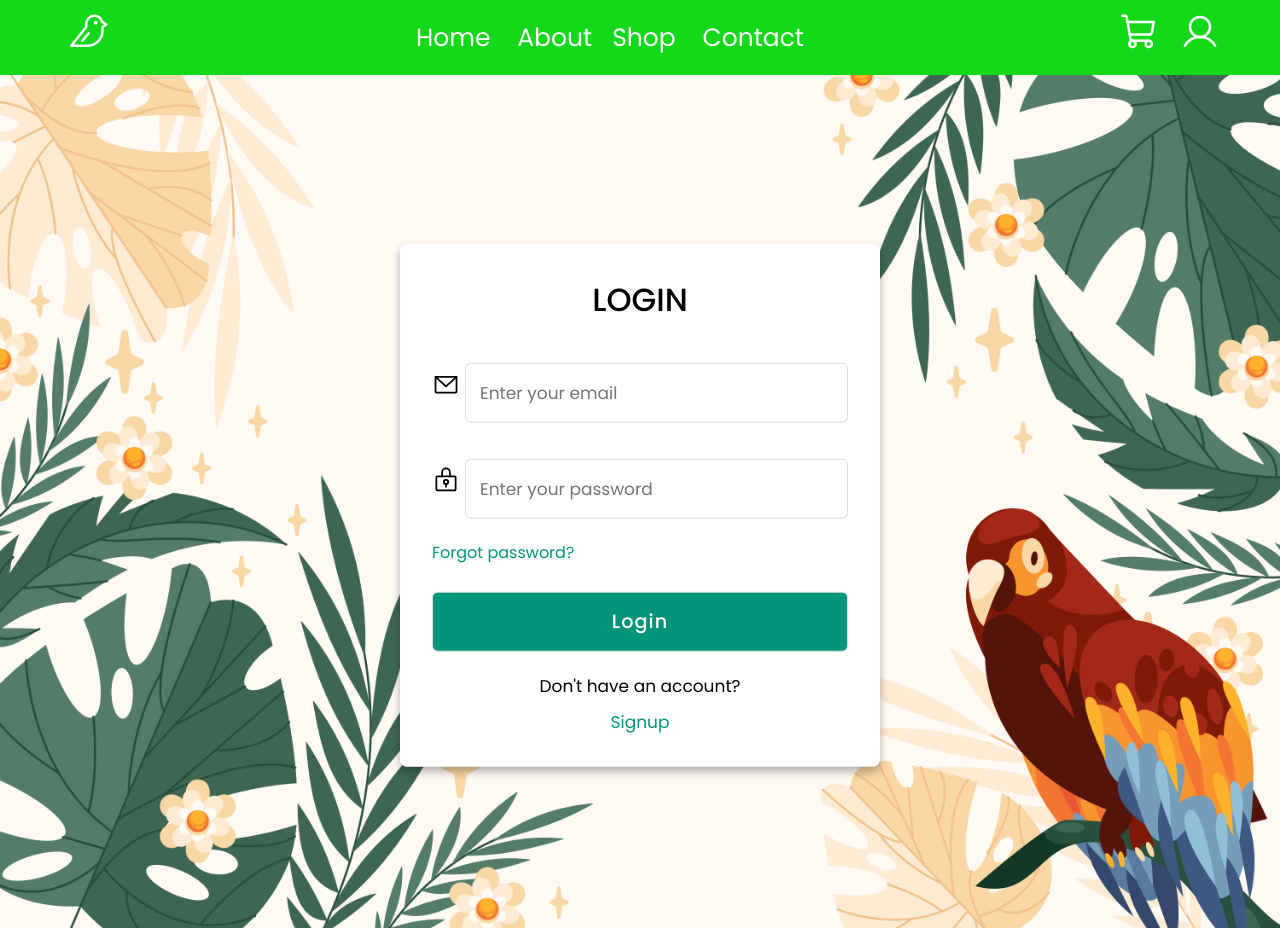
Repository: Vuhainam64/SWP391
Page: /register (app in React/swp391-app/)
The author's editor kept a copy of each file at every save. The page is drawn from the files as they stood at one save, then again after the next save.
The browser window is 1280 px wide. The pictures show the whole page.
The project was rebuilt for these pictures with package versions that can differ from the ones it lists, and the page was loaded fresh each time. Also part of the build but not shown: React/swp391-app/src/pages/home/home.jsx, React/swp391-app/src/pages/about/about.jsx, React/swp391-app/src/pages/shop/product.jsx, React/swp391-app/src/pages/shop/shop.css, React/swp391-app/src/pages/shop/shop.jsx, React/swp391-app/src/pages/contact/contact.jsx, React/swp391-app/src/pages/cart/cart-item.jsx, React/swp391-app/src/pages/cart/cart.css and 1 more.

Above is the page before, as saved 2023-05-30 14:58:11.

After the next save:
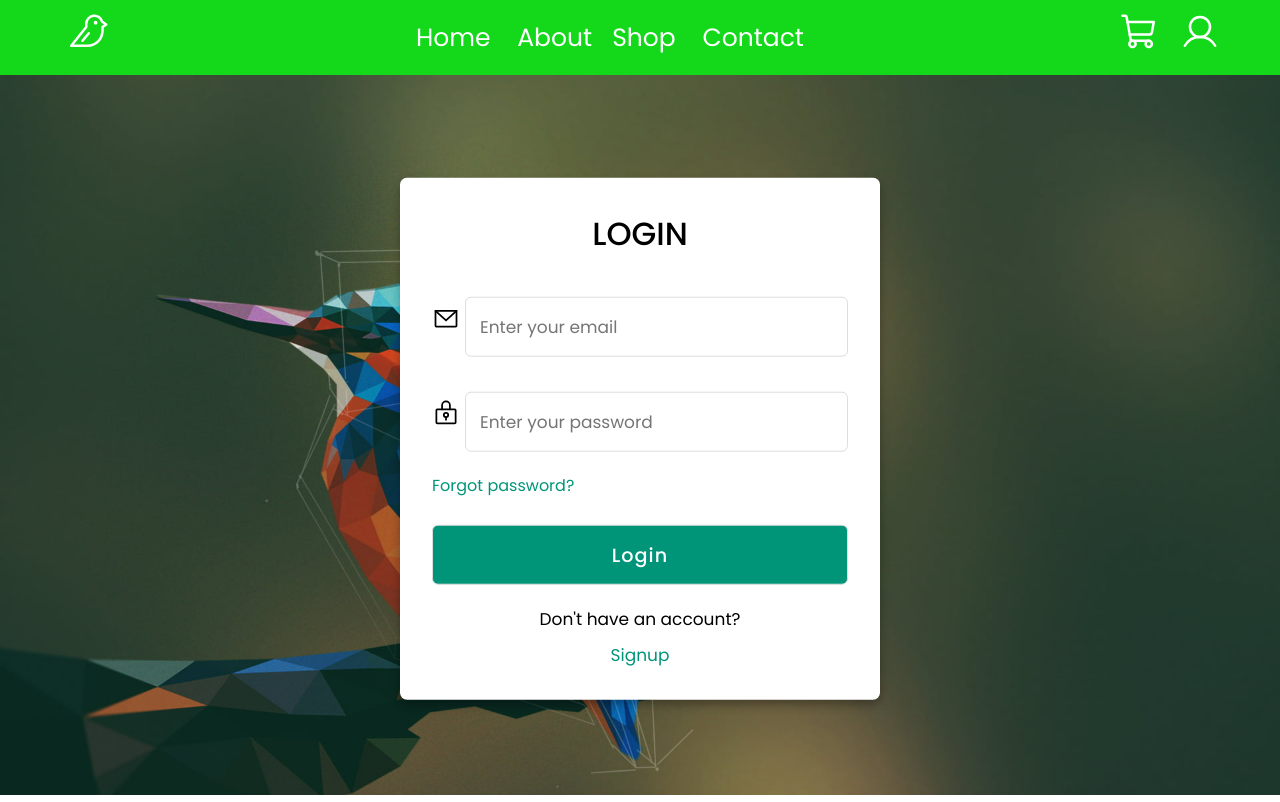
Saved 24 s later.
--- a/React/swp391-app/src/pages/register/register.jsx
+++ b/React/swp391-app/src/pages/register/register.jsx
@@ -1,12 +1,12 @@
 import React from "react";
 import { EnvelopeSimple,LockKey } from "phosphor-react";
 import "./register.css";
-import loginback from "../../assets/products/7200317.jpg";
+import loginback from "../../assets/products/bird.jpg";
 
 export const Register = () => {
   return (
     <div className="images">
-    <img src={loginback} />
+    <img src={loginback} alt=""/>
     <div className="container">
     <input type="checkbox" id="check"></input>
     <div className="login form">

After the save that followed:
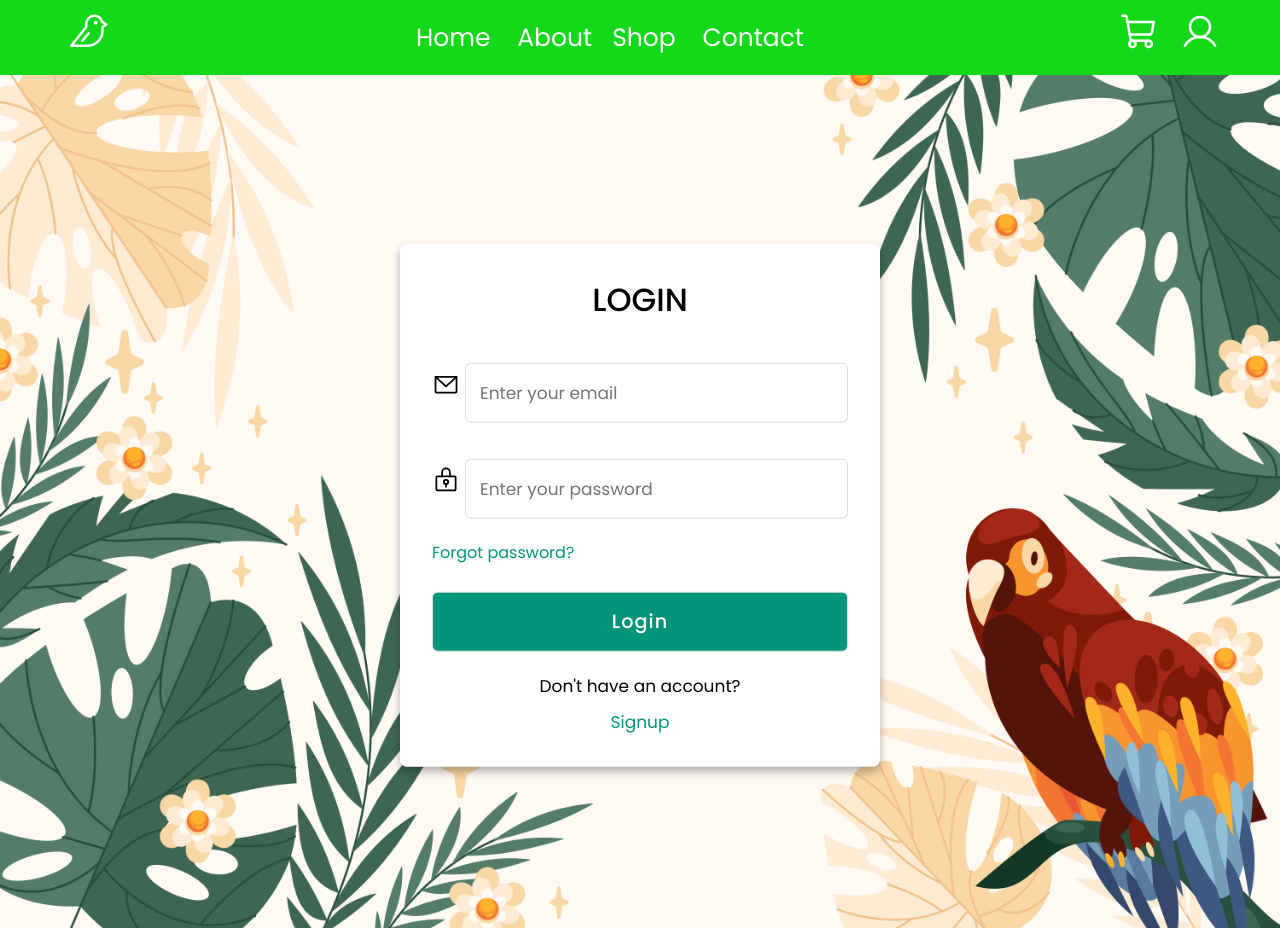
Saved 18 s later.
--- a/React/swp391-app/src/pages/register/register.jsx
+++ b/React/swp391-app/src/pages/register/register.jsx
@@ -1,7 +1,7 @@
 import React from "react";
 import { EnvelopeSimple,LockKey } from "phosphor-react";
 import "./register.css";
-import loginback from "../../assets/products/bird.jpg";
+import loginback from "../../assets/products/7200317.jpg";
 
 export const Register = () => {
   return (
